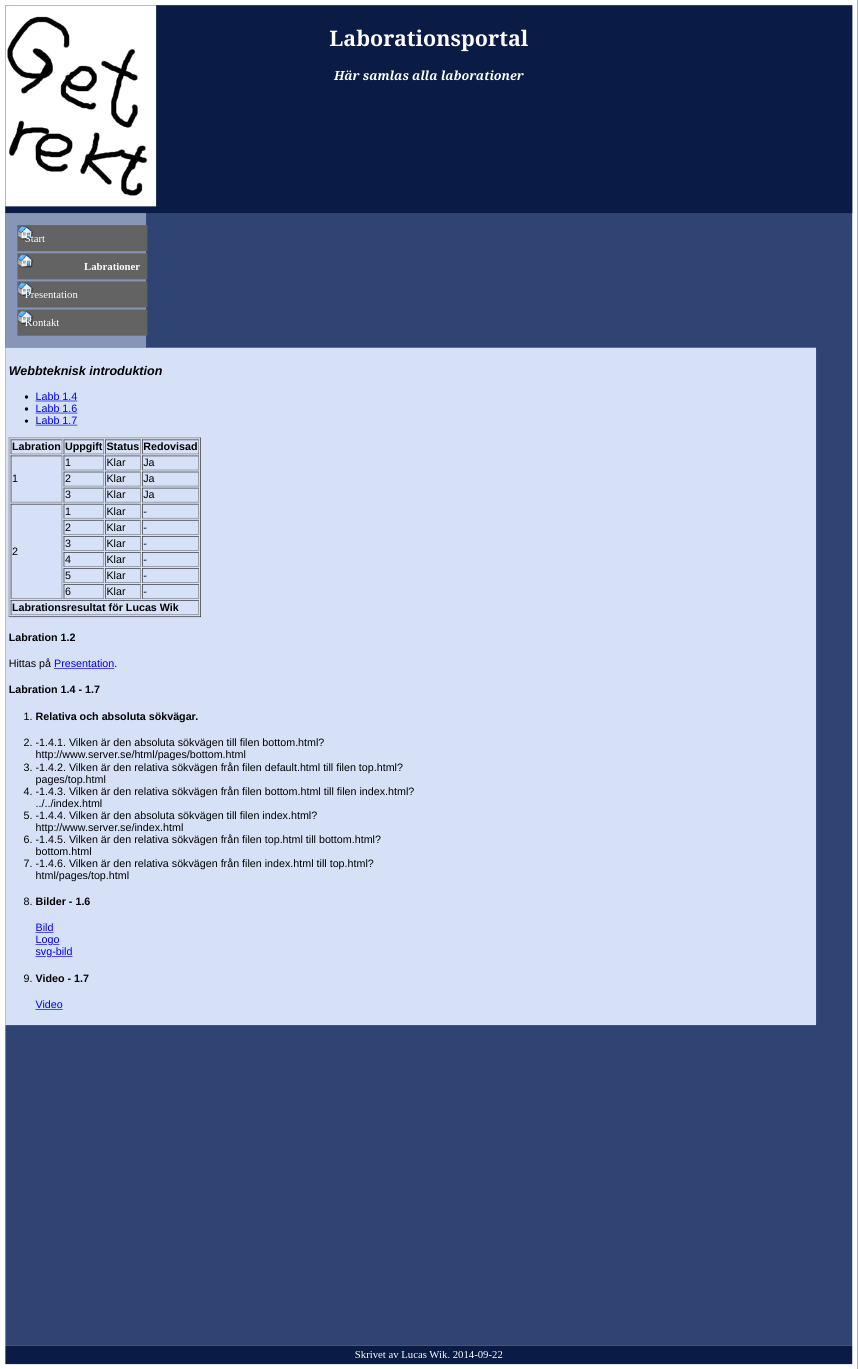
Repository: lw222gz/1ik415-laborationer
Page: Pages/labrationer.html
The author's editor kept a record of every edit. The page is drawn from the files as they stood at one moment, then again after the next edit.
The browser window is 1280 px wide. The pictures show the whole page, at 67% of full size.

Above is the page before.

### Pages/labrationer.html
<!doctype html>
<html lang="sv">
    <head>
        <meta charset="utf-8" />
        <link rel="stylesheet" media="print" href="../Css/print.css" />
        <link rel="stylesheet" href="../Css/Style.css" />
        <title>labrationer</title>
    </head>
<body>
<div id="container">
<div id="header">
<h1>Laborationsportal</h1>

<h3>Här samlas alla laborationer</h3>
</div>

<div id="navigator">
<ul>
    <li><a href="../index.html">Start</a></li>
    <li class="active"><a href="labrationer.html">Labrationer</a></li>
    <li><a href="presentation.html">Presentation</a></li>
    <li><a href="kontakt.html">Kontakt</a></li>
</ul>
</div>

<div id="content">
<h3>Webbteknisk introduktion</h3>
<ul>
    <li><a href="#1.4">Labb 1.4</a></li>
    <li><a href="#1.6">Labb 1.6</a></li>
    <li><a href="#1.7">Labb 1.7</a></li>
</ul>

<table border="1">
    <thead>
    <tr>
        <th>Labration</th>
        <th>Uppgift</th>
        <th>Status</th>
        <th>Redovisad</th>
    </tr>
    </thead>

    <tfoot>
    <tr>
        <th colspan="4">Labrationsresultat för Lucas Wik</th>
    </tr>
    </tfoot>

    <tbody>
    <tr>
    <td rowspan="3">1</td>
        <td>1</td>
        <td>Klar</td>
        <td>Ja</td>
    </tr>
    <tr>
        <td>2</td>
        <td>Klar</td>
        <td>Ja</td>
    </tr>
    <tr>
        <td>3</td>
        <td>Klar</td>
        <td>Ja</td>
    </tr>
    <tr>
        <td rowspan="6">2</td>
        <td>1</td>
        <td>Klar</td>
        <td>-</td>
    </tr>
    <tr>
        <td>2</td>
        <td>Klar</td>
        <td>-</td>
    </tr>
    <tr>
        <td>3</td>
        <td>Klar</td>
        <td>-</td>
    </tr>
    <tr>
        <td>4</td>
        <td>Klar</td>
        <td>-</td>
    </tr>
    <tr>
        <td>5</td>
        <td>Klar</td>
        <td>-</td>
    </tr>
    <tr>
        <td>6</td>
        <td>Klar</td>
        <td>-</td>
    </tr>
    </tbody>

</table>


<h4>Labration 1.2</h4>
Hittas på <a href="presentation.html">Presentation</a>.



<h4>Labration 1.4 - 1.7</h4>
<ol>
    <li><a id="1.4"></a><h4>Relativa och absoluta sökvägar.</h4>
        <li>-1.4.1. Vilken är den absoluta sökvägen till filen bottom.html?<br />
                http://www.server.se/html/pages/bottom.html</li>

        <li>-1.4.2. Vilken är den relativa sökvägen från filen default.html till filen top.html?<br />
                pages/top.html</li>

        <li>-1.4.3. Vilken är den relativa sökvägen från filen bottom.html till filen index.html?<br />
                ../../index.html</li>

        <li>-1.4.4. Vilken är den absoluta sökvägen till filen index.html?<br />
                http://www.server.se/index.html</li>

        <li>-1.4.5. Vilken är den relativa sökvägen från filen top.html till bottom.html?<br />
                bottom.html</li>

        <li>-1.4.6. Vilken är den relativa sökvägen från filen index.html till top.html?<br />
                html/pages/top.html</li>


    <li><a id="1.6"></a><h4>Bilder - 1.6</h4>
        <a href="presentation.html#bild">Bild</a><br />
        <a href="../Css/Pics/get%20rekt.png">Logo</a><br />
        <a href="../index.html#grsm">svg-bild</a>
    </li>
    <li><a id="1.7"></a><h4>Video - 1.7</h4>
        <a href="https://1ik415-laborationer-c9-lw222gz_1.c9.io/Videos/index.html#Video">Video</a>
    </li>
</ol>
</div>
</div>
<div id="footer">
    Skrivet av Lucas Wik. 2014-09-22
</div>
</body>
</html>

### Css/Style.css
#header {
        background-color:#0A1C46;
        color:white;
        height:300px;
        text-align:center;
        padding:5px;
        font-family:georgia;

        background-image:url(Pics/get%20rekt.png);
        background-position:top left;
        background-repeat: no-repeat;
        background-size:225px 300px;
        }

#navigator
        {
        float:left;
        width:200px;
        height:auto;
        background-color:#8795B6;
        color:black;
        padding:5px;
        }

#navigator a
        {
        background-image:url(Pics/sprite.png);
        background-repeat:no-repeat;
        }

#container
        {
        background-color:#304474;
        height:2000px;
        }

#content
        {
        float:left;
        margin:0px;
        position:inherit;
        width:1200px;
        text-align:left;
        background-color:#D6E0F7;
        padding:5px;
        font-family: helvetica;
        }

#footer
        {
        text-align:center;
        background-color:#0A1C46;
        color:white;
        padding:5px;
        }

#horizontal
        {
        height:1px;
        width:100%;
        margin-top:5px;
        margin-bottom:5px;
        background-color:#3D3D56;
        }


#navigator ul
        {
                margin:5px;
                padding:5px;
                width:200px;
                list-style-type:none;
        }

#navigator ul li a
        {
                text-decoration:none;
                color:white;
                margin:3px;
                padding:10.5px 11px;
                background-color:#636363;
                display:block;
        }

#navigator ul li a:visited
        {
                color:#0944CA;
        }

#navigator ul li a:hover, navigator ul li .current
        {
                 color:white;
                 background-color:#1C1D1F;
        }

#Start-icon { background-position:0 -40px; }

#Start-icon:hover { background-position:0 8px; }

#Labrationer-icon { background-position:0px -136px; }

#Labrationer-icon:hover { background-position:0px -88px; }

#Presentation-icon { background-position:0px -232px; }

#Presentation-icon:hover { background-position:0px -184px; }

#Kontakt-icon { background-position:0px -328px; }

#Kontakt-icon:hover { background-position:0px -280px; }


.active
{
     font-weight:bold;
     text-align:right;
}

.bild
{
        background-image:url(Pics/kugghjul.png);
        background-repeat: no-repeat;
        background-position:top left;
        background-size:25px 25px;
        text-indent:40px;
}

.right { float:right; }

h2
{
        font-style:italic;
        text-decoration:underline;
}

h3 { font-style:oblique; }

fieldset { width:300px; }

### Css/print.css
@media print {

    #navigator, #footer { display:none; }

    video { display:none; }

    a:link:after, a:visited:after { content:" [" attr(href) "] "; }
    a:link { font-weight: bold; text-decoration: underline; color: #06c; }

    body
    {
    background: white;
    line-height: 1.2;
    word-spacing: 1px;
    }

    #content { background: transparent; }

    .right
    {
        position:relative;
        top:500px;
        right: 150px;
    }

     .notshow { display:none; }
}

After the next edit:
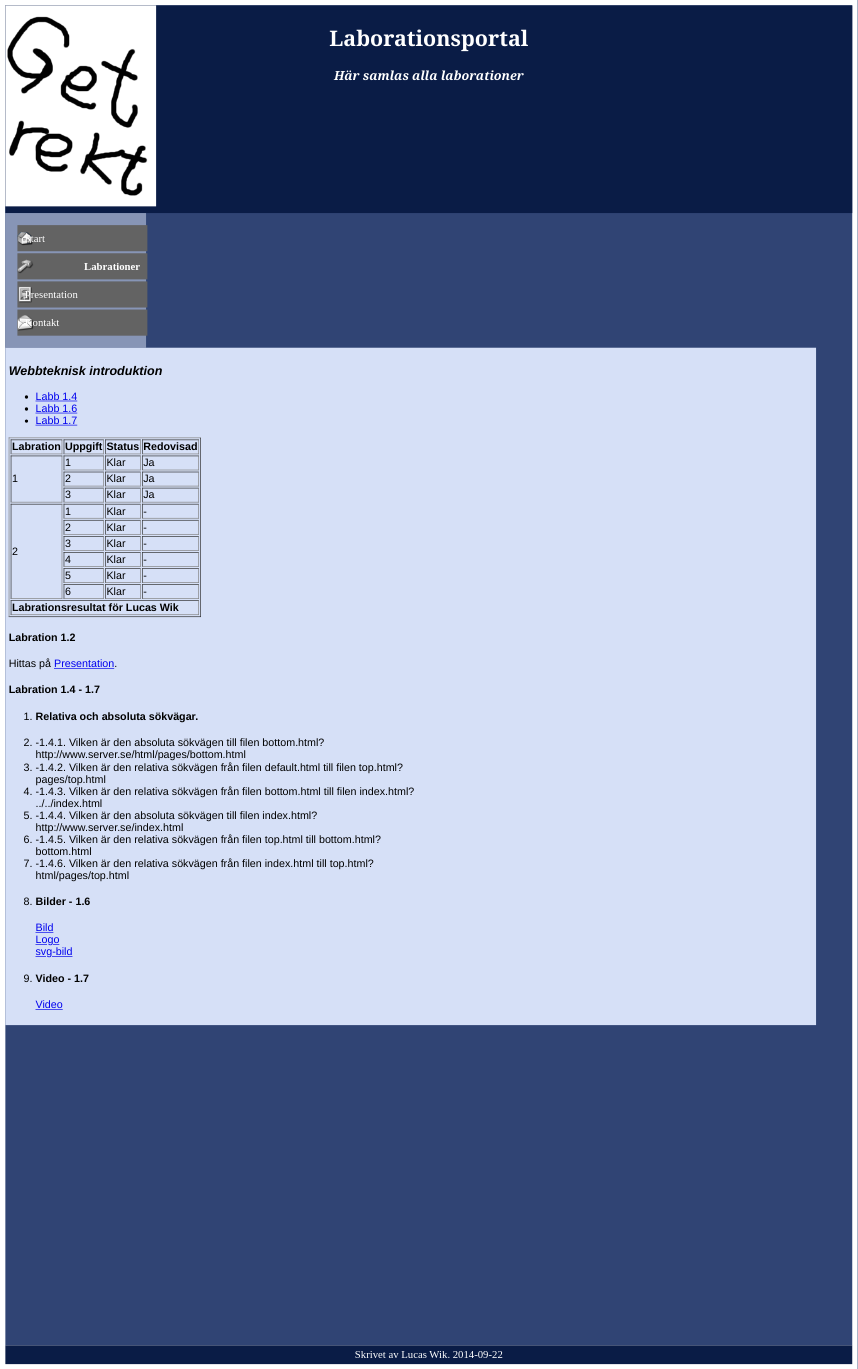
The edit:
--- a/Pages/labrationer.html
+++ b/Pages/labrationer.html
@@ -16,10 +16,10 @@
 
 <div id="navigator">
 <ul>
-    <li><a href="../index.html">Start</a></li>
-    <li class="active"><a href="labrationer.html">Labrationer</a></li>
-    <li><a href="presentation.html">Presentation</a></li>
-    <li><a href="kontakt.html">Kontakt</a></li>
+    <li><a id="Start-icon" href="../index.html">Start</a></li>
+    <li class="active"><a id="Labrationer-icon" href="labrationer.html">Labrationer</a></li>
+    <li><a id="Presentation-icon" href="presentation.html">Presentation</a></li>
+    <li><a id="Kontakt-icon" href="kontakt.html">Kontakt</a></li>
 </ul>
 </div>
 
